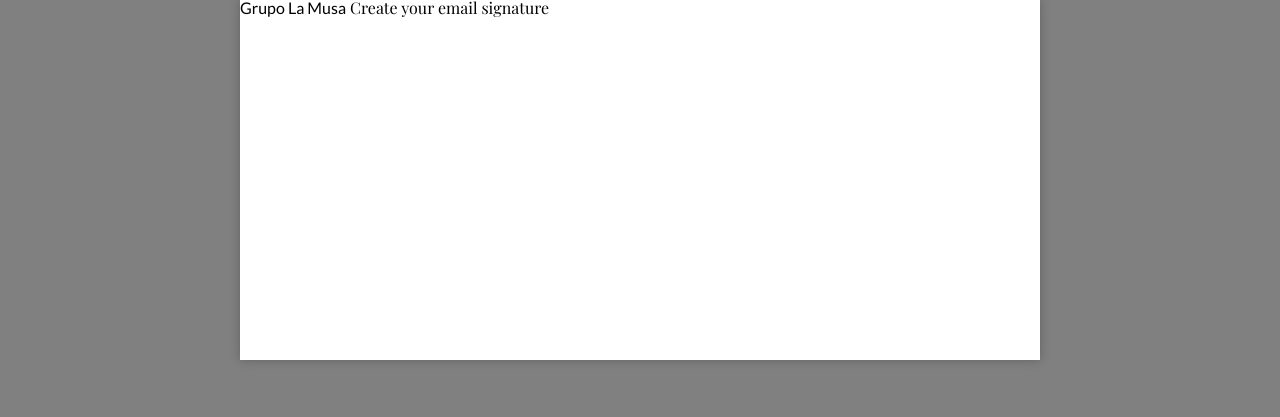
Repository: beltranrengifo/signature-planta
Page: /
An editor plug-in stored every save of this project. The page is shown before and after the next save, followed by the edit.
The browser window is 1280 px wide. The pictures show the whole page.
The project was rebuilt for these pictures with package versions that can differ from the ones it lists, and the page was loaded fresh each time. Also part of the build but not shown: vue.config.js.

Above is the page before, as saved 2019-08-30 16:33:05.

After the next save:
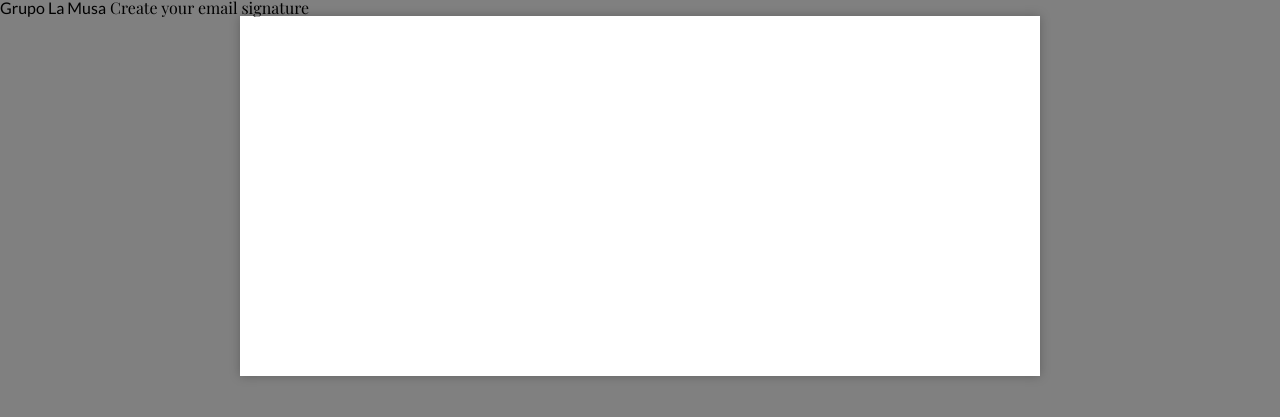
Saved 2 min 5 s later.
--- a/src/App.vue
+++ b/src/App.vue
@@ -1,9 +1,9 @@
 <template>
   <div id="app">
+    <app-title
+      :title="title"
+      :subtitle="subtitle" />
     <div class="app-container">
-      <app-title
-        :title="title"
-        :subtitle="subtitle" />
       <signature-generator />
     </div>
   </div>
